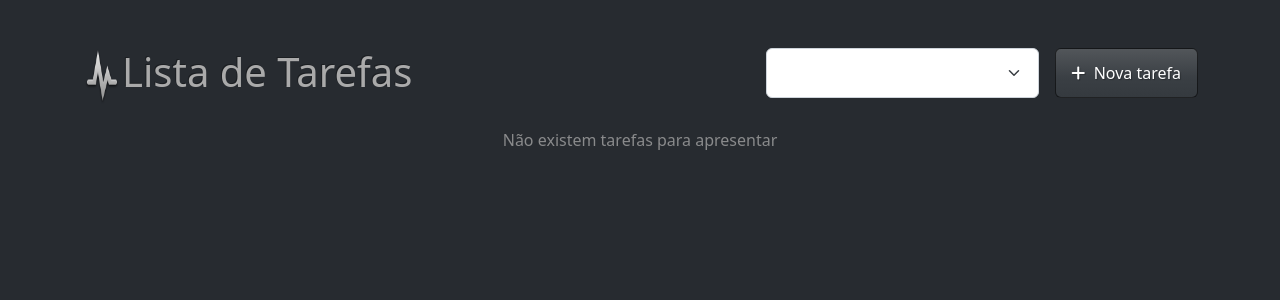
Repository: cargugati/lista_tarefas
Page: frontEnd/index.html
The author's editor kept a copy of each file at every save. The page is drawn from the files as they stood at one save, then again after a run of saves.
The browser window is 1280 px wide. The pictures show the whole page.

Above is the page before, as saved 2023-03-18 20:21:26.

### frontEnd/index.html
<!DOCTYPE html>
<html lang="pt-br">

<head>
  <meta charset="UTF-8">
  <meta http-equiv="X-UA-Compatible" content="IE=edge">
  <meta name="viewport" content="width=device-width, initial-scale=1.0">
  <title>Lista de Tarefas</title>
  <link rel="stylesheet" href="./assets/css/bootstrap.min.css">
  <link rel="stylesheet" href="./assets/fontawesome/css/all.min.css">
  <link rel="shortcut icon" href="./assets/images/favicon.png" type="image/png">
</head>

<body>
  <div class="container my-5">

    <!--  -->
    <div class="row mb-4">
      <div class="col">
        <div class="d-flex justify-content-start">
          <img src="./assets/images/favicon.png" alt="Logo" class="img-fluid" width="40px">
          <h1>Lista de Tarefas</h1>
        </div>

      </div>
      <div class="col text-end">
        <div class="d-flex justify-content-end">
          <select id="select_filter" class="form-select w-50 me-3">
            <option value=""></option>
            <option value="1">1</option>
          </select>
          <a href="new_task.html" class="btn btn-primary"><i class="fa-solid fa-plus me-2"></i>Nova tarefa</a>
        </div>
      </div>
    </div>

    <!--   d-none-->
    <div class="row " id="no_tasks">
      <div class="col text-center">
        <span class="opacity-75">Não existem tarefas para apresentar</span>
      </div>
    </div>
  </div>


  <script src="./assets/js/bootstrap.bundle.min.js"></script>
</body>

</html>

Loaded but not shown: frontEnd/assets/css/bootstrap.min.css (library); frontEnd/assets/fontawesome/css/all.min.css (library); frontEnd/assets/js/bootstrap.bundle.min.js (library)

After the next 2 saves:
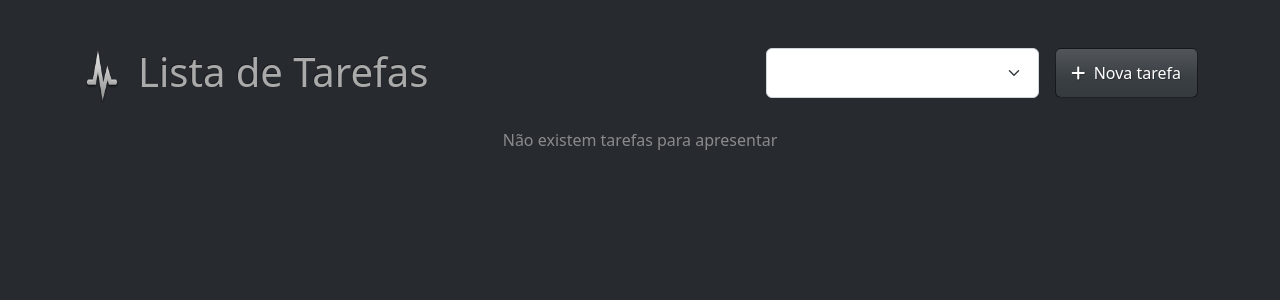
The 2 saves are shown as one change because they came seconds apart.
The last was saved 2 min 26 s later.
--- a/frontEnd/index.html
+++ b/frontEnd/index.html
@@ -18,7 +18,7 @@
     <div class="row mb-4">
       <div class="col">
         <div class="d-flex justify-content-start">
-          <img src="./assets/images/favicon.png" alt="Logo" class="img-fluid" width="40px">
+          <img src="./assets/images/favicon.png" alt="Logo" class="img-fluid me-3" width="40px">
           <h1>Lista de Tarefas</h1>
         </div>
 
